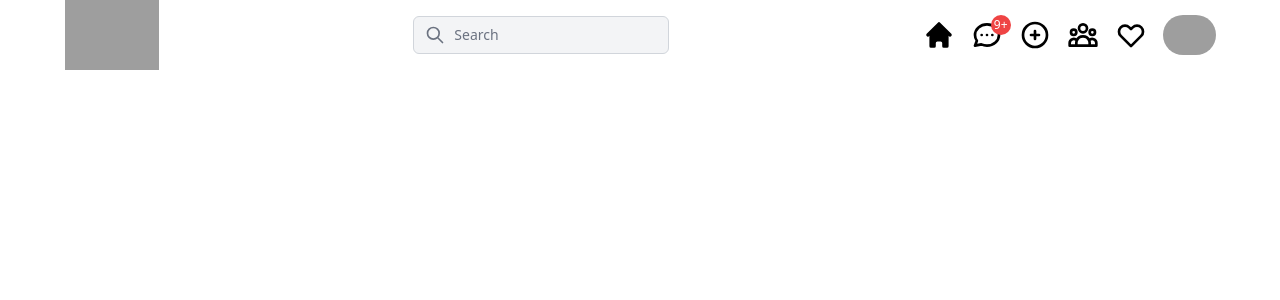
Repository: Qu4ntumGuy/insta-clone
Page: /
These files come from the project's save history. The page is drawn as it stood at one moment and after the next save; the edit follows.
The browser window is 1280 px wide. The pictures show the whole page.
Pictures or frames that could not be fetched are drawn as grey boxes. The project was rebuilt for these pictures with package versions that can differ from the ones it lists, and the page was loaded fresh each time. The framework's server and built-in components were replaced by stand-ins that run in the browser. Also part of the build but not shown: next.config.js.

Above is the page before, as saved 2022-03-16 13:27:02.

After the next save:
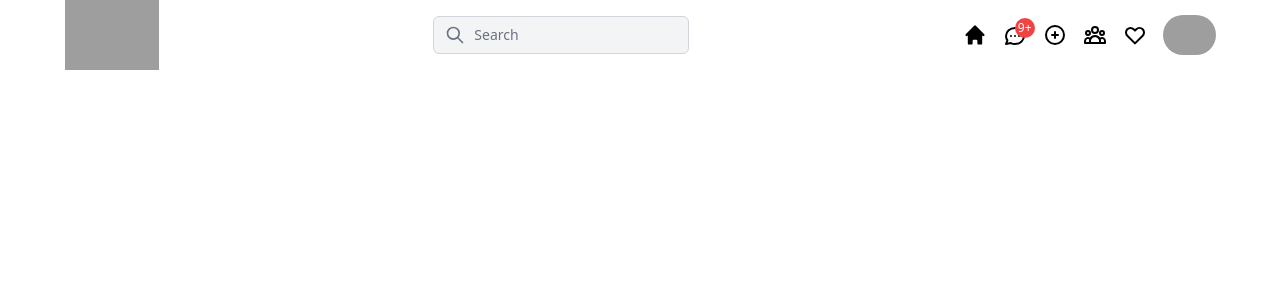
Saved 102 s later.
--- a/components/Header.js
+++ b/components/Header.js
@@ -40,18 +40,18 @@ const Header = () => {
           </div>
         </div>
         <div className="flex items-center space-x-4">
-          <HomeIcon className=" h-8 w-8" />
+          <HomeIcon className=" navBtn" />
           <div className=" relative">
-            <ChatIcon className=" h-8 w-8" />
+            <ChatIcon className=" navBtn" />
             <div className=" absolute -top-1 -right-2 text-xs h-5 w-5
              bg-red-500 rounded-full flex items-center justify-center
              text-white">
               9+
             </div>
           </div>
-          <PlusCircleIcon className=" h-8 w-8" />
-          <UserGroupIcon className="h-8 w-8" />
-          <HeartIcon className=" h-8 w-8 " />
+          <PlusCircleIcon className=" navBtn" />
+          <UserGroupIcon className="navBtn" />
+          <HeartIcon className=" navBtn " />
           <img
             className=" relative h-10 rounded-full"
             src="https://upload.wikimedia.org/wikipedia/commons/thumb/2/2a/Instagram_logo.svg/840px-Instagram_logo.svg.png"
